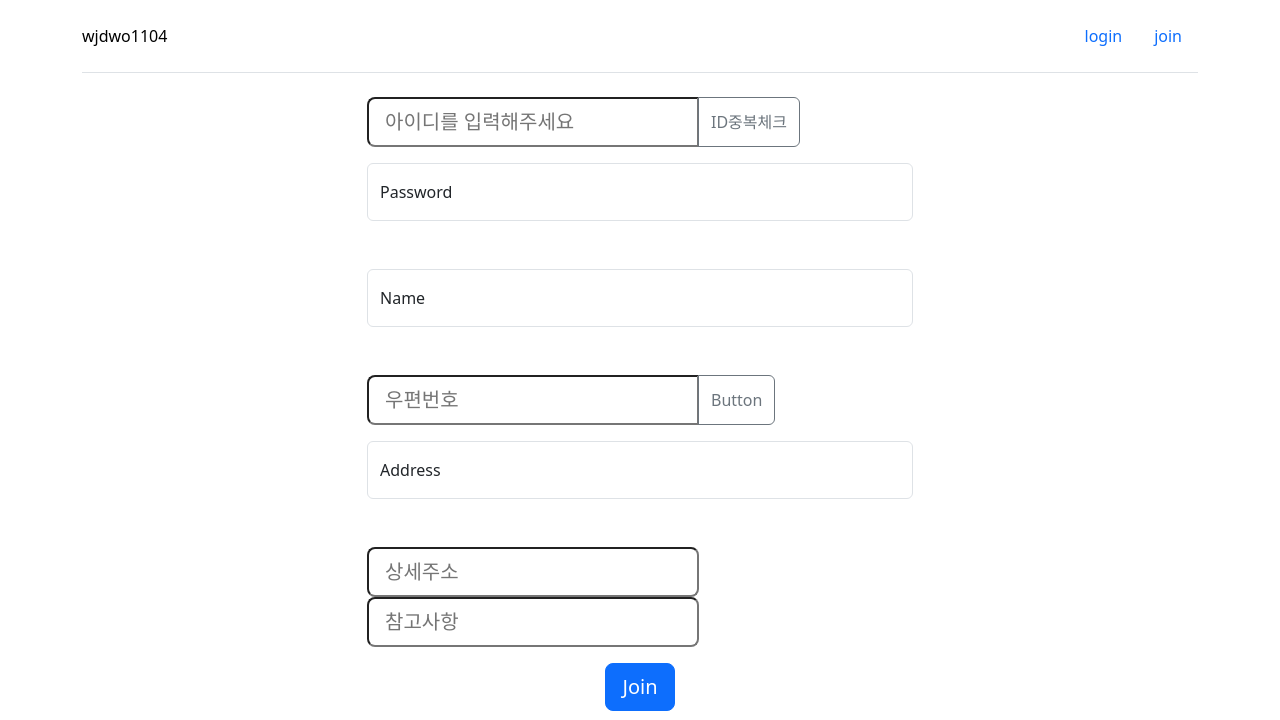
Repository: gain00/lecture1
Page: http://localhost/db-connect/join-form.jsp
These files come from the project's save history. The page is drawn as it stood at one moment and after the next save; the edit follows.
The browser window is 1280 px wide. The pictures show the whole page.
The page is served by Tomcat 9.

Above is the page before, as saved 2023-06-08 01:01:50.

After the next save:
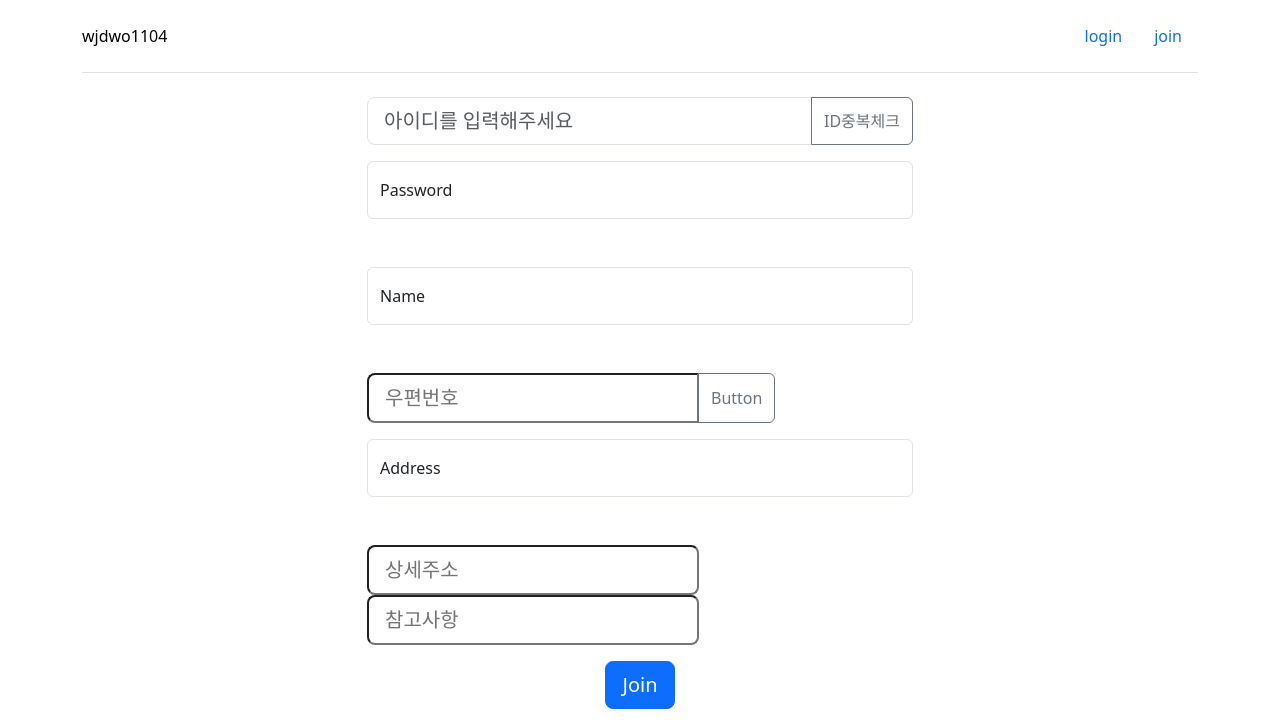
Saved 52 s later.
--- a/db-connect/src/main/webapp/join-form.jsp
+++ b/db-connect/src/main/webapp/join-form.jsp
@@ -8,7 +8,7 @@
         <div class="col-6">
 
              <div class="input-group mb-3">
-            <input type="text" class="form-control-lg" placeholder="아이디를 입력해주세요" id="floatingInput" name="userId"  />
+            <input type="text" class="form-control form-control-lg" placeholder="아이디를 입력해주세요" id="floatingInput" name="userId"  />
             <button class="btn btn-outline-secondary" type="button" id="button-addon2" onclick="searchZonecode()">ID중복체크</button>
           </div>
 
